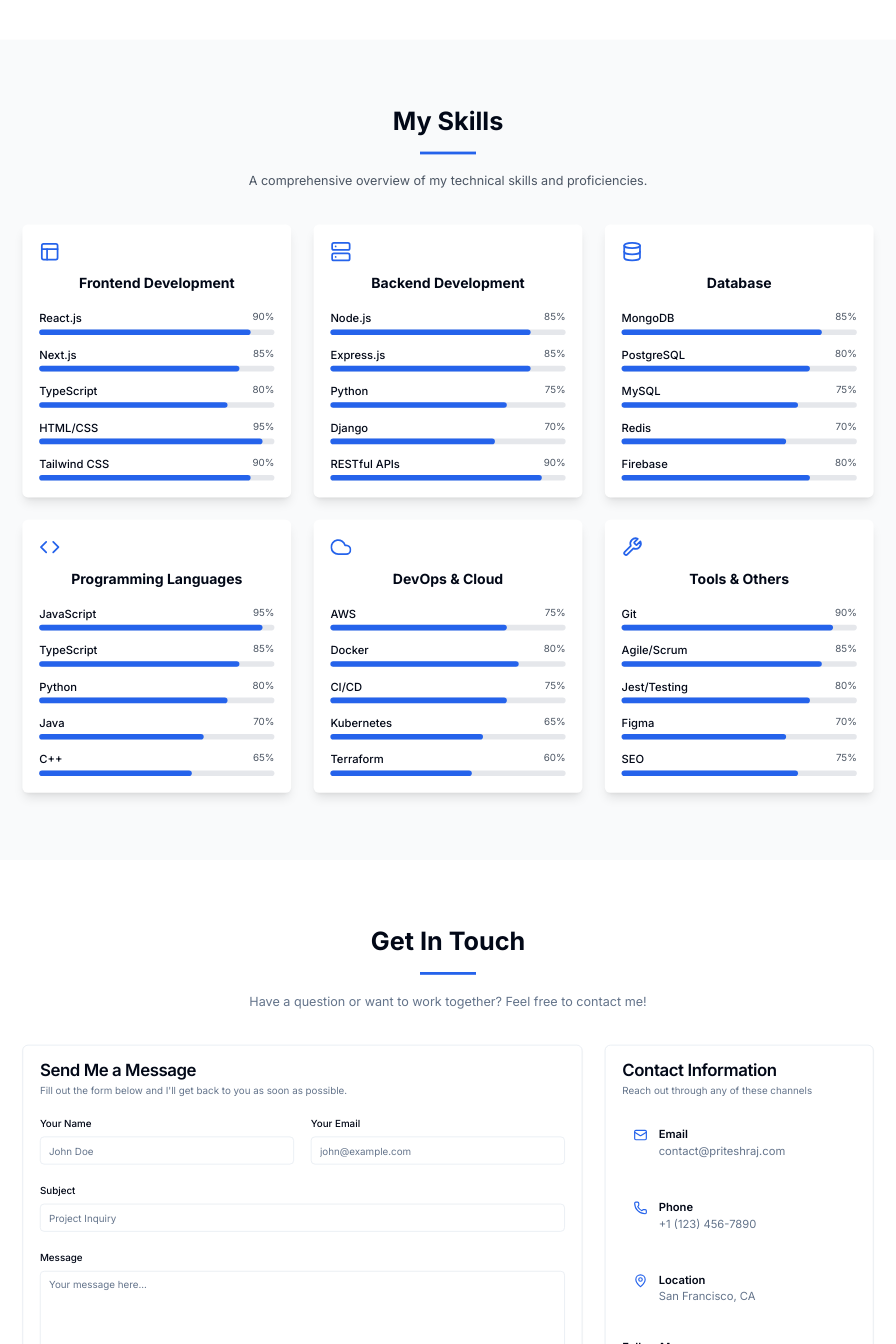
Repository: priteshraj10/priteshraj.github.io
Page: /
These files come from the project's save history. The page is drawn as it stood at one moment and after a run of saves; the edit follows.
The browser window is 1280 px wide. The pictures show the part of the page from y = 3122 to 5042 px (the page is 5514 px tall before and 5522 px after), at 70% of full size.
The project was rebuilt for these pictures with package versions that can differ from the ones it lists, and the page was loaded fresh each time. The framework's server and built-in components were replaced by stand-ins that run in the browser. Also part of the build but not shown: next.config.js.

Above is the page before, as saved 2025-03-09 08:53:26.

After the next 2 saves:
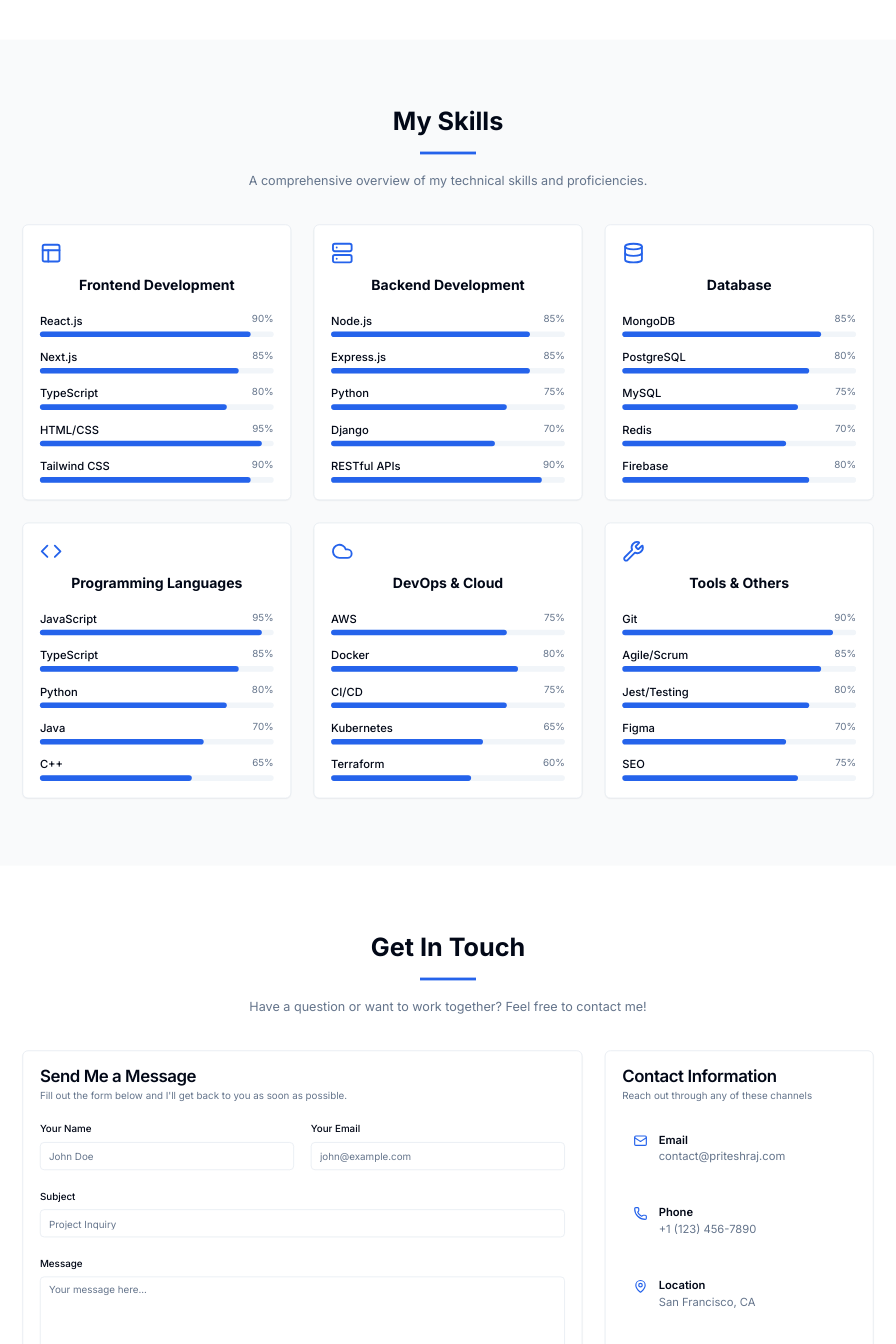
The 2 saves are shown as one change because 1 did not build or start.
The last was saved 44 s later.
--- a/app/components/Skills.tsx
+++ b/app/components/Skills.tsx
@@ -1,14 +1,16 @@
 'use client';
 
+import React from 'react';
 import { motion } from 'framer-motion';
-import { FiCode, FiDatabase, FiServer, FiLayout, FiTool, FiCloud } from 'react-icons/fi';
+import { Code, Database, Server, Layout, Wrench, Cloud } from 'lucide-react';
+import { Card, CardContent } from '@/app/components/ui/card';
 
 const Skills = () => {
   const skillCategories = [
     {
       id: 'frontend',
       title: 'Frontend Development',
-      icon: <FiLayout className="text-3xl text-primary mb-4" />,
+      icon: <Layout className="h-8 w-8 text-primary mb-4" />,
       skills: [
         { name: 'React.js', level: 90 },
         { name: 'Next.js', level: 85 },
@@ -20,7 +22,7 @@ const Skills = () => {
     {
       id: 'backend',
       title: 'Backend Development',
-      icon: <FiServer className="text-3xl text-primary mb-4" />,
+      icon: <Server className="h-8 w-8 text-primary mb-4" />,
       skills: [
         { name: 'Node.js', level: 85 },
         { name: 'Express.js', level: 85 },
@@ -32,7 +34,7 @@ const Skills = () => {
     {
       id: 'database',
       title: 'Database',
-      icon: <FiDatabase className="text-3xl text-primary mb-4" />,
+      icon: <Database className="h-8 w-8 text-primary mb-4" />,
       skills: [
         { name: 'MongoDB', level: 85 },
         { name: 'PostgreSQL', level: 80 },
@@ -44,7 +46,7 @@ const Skills = () => {
     {
       id: 'programming',
       title: 'Programming Languages',
-      icon: <FiCode className="text-3xl text-primary mb-4" />,
+      icon: <Code className="h-8 w-8 text-primary mb-4" />,
       skills: [
         { name: 'JavaScript', level: 95 },
         { name: 'TypeScript', level: 85 },
@@ -56,7 +58,7 @@ const Skills = () => {
     {
       id: 'devops',
       title: 'DevOps & Cloud',
-      icon: <FiCloud className="text-3xl text-primary mb-4" />,
+      icon: <Cloud className="h-8 w-8 text-primary mb-4" />,
       skills: [
         { name: 'AWS', level: 75 },
         { name: 'Docker', level: 80 },
@@ -68,7 +70,7 @@ const Skills = () => {
     {
       id: 'tools',
       title: 'Tools & Others',
-      icon: <FiTool className="text-3xl text-primary mb-4" />,
+      icon: <Wrench className="h-8 w-8 text-primary mb-4" />,
       skills: [
         { name: 'Git', level: 90 },
         { name: 'Agile/Scrum', level: 85 },
@@ -91,7 +93,7 @@ const Skills = () => {
         >
           <h2 className="heading">My Skills</h2>
           <div className="w-20 h-1 bg-primary mx-auto mb-6"></div>
-          <p className="text-lg text-gray-600 dark:text-gray-400 max-w-3xl mx-auto">
+          <p className="text-lg text-muted-foreground max-w-3xl mx-auto">
             A comprehensive overview of my technical skills and proficiencies.
           </p>
         </motion.div>
@@ -104,31 +106,34 @@ const Skills = () => {
               whileInView={{ opacity: 1, y: 0 }}
               viewport={{ once: true }}
               transition={{ duration: 0.5, delay: index * 0.1 }}
-              className="bg-white dark:bg-dark p-6 rounded-lg shadow-lg"
             >
-              <div className="text-center mb-6">
-                {category.icon}
-                <h3 className="text-xl font-bold">{category.title}</h3>
-              </div>
+              <Card className="h-full">
+                <CardContent className="p-6">
+                  <div className="text-center mb-6">
+                    {category.icon}
+                    <h3 className="text-xl font-bold">{category.title}</h3>
+                  </div>
 
-              <div className="space-y-4">
-                {category.skills.map((skill) => (
-                  <div key={skill.name}>
-                    <div className="flex justify-between mb-1">
-                      <span className="font-medium">{skill.name}</span>
-                      <span className="text-sm text-gray-600 dark:text-gray-400">
-                        {skill.level}%
-                      </span>
-                    </div>
-                    <div className="w-full bg-gray-200 dark:bg-gray-700 rounded-full h-2">
-                      <div
-                        className="bg-primary h-2 rounded-full"
-                        style={{ width: `${skill.level}%` }}
-                      ></div>
-                    </div>
+                  <div className="space-y-4">
+                    {category.skills.map((skill) => (
+                      <div key={skill.name}>
+                        <div className="flex justify-between mb-1">
+                          <span className="font-medium">{skill.name}</span>
+                          <span className="text-sm text-muted-foreground">
+                            {skill.level}%
+                          </span>
+                        </div>
+                        <div className="w-full bg-muted rounded-full h-2">
+                          <div
+                            className="bg-primary h-2 rounded-full"
+                            style={{ width: `${skill.level}%` }}
+                          ></div>
+                        </div>
+                      </div>
+                    ))}
                   </div>
-                ))}
-              </div>
+                </CardContent>
+              </Card>
             </motion.div>
           ))}
         </div>
